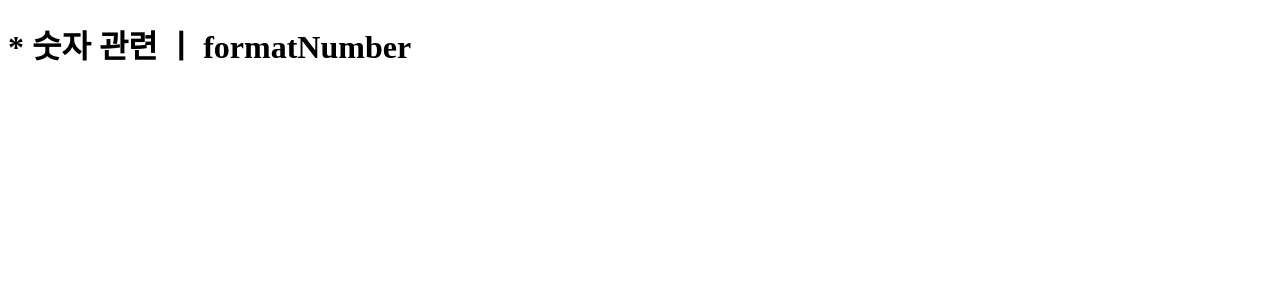
Repository: yoonseo0832/workspace
Page: http://localhost/2_jsp/views/4_CustomAction/3_fmt.jsp
The author's editor kept a copy of each file at every save. The page is drawn from the files as they stood at one save, then again after the next save.
The browser window is 1280 px wide. The pictures show the whole page.
The page is served by Tomcat 9.

Above is the page before, as saved 2025-03-21 06:35:56.

After the next save:
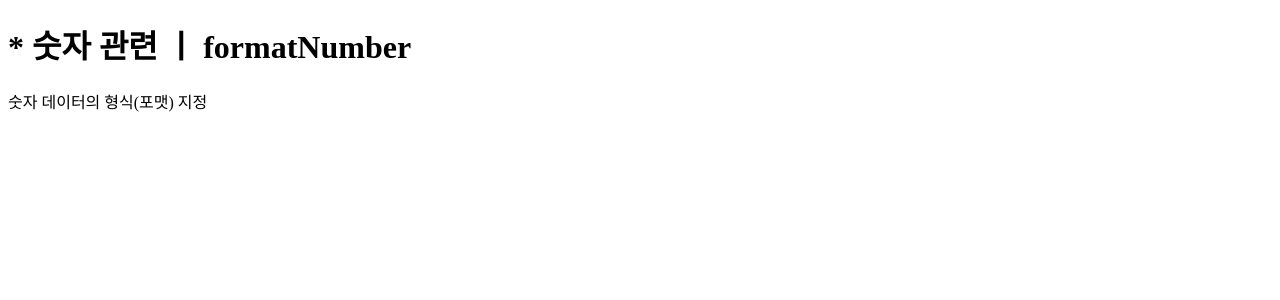
Saved 22 s later.
--- a/05_server/2_jsp/src/main/webapp/views/4_CustomAction/3_fmt.jsp
+++ b/05_server/2_jsp/src/main/webapp/views/4_CustomAction/3_fmt.jsp
@@ -10,5 +10,8 @@
 </head>
 <body>
 	<h1>* 숫자 관련 ㅣ formatNumber</h1>
+	<p>
+		숫자 데이터의 형식(포맷) 지정
+	</p>
 </body>
 </html>
